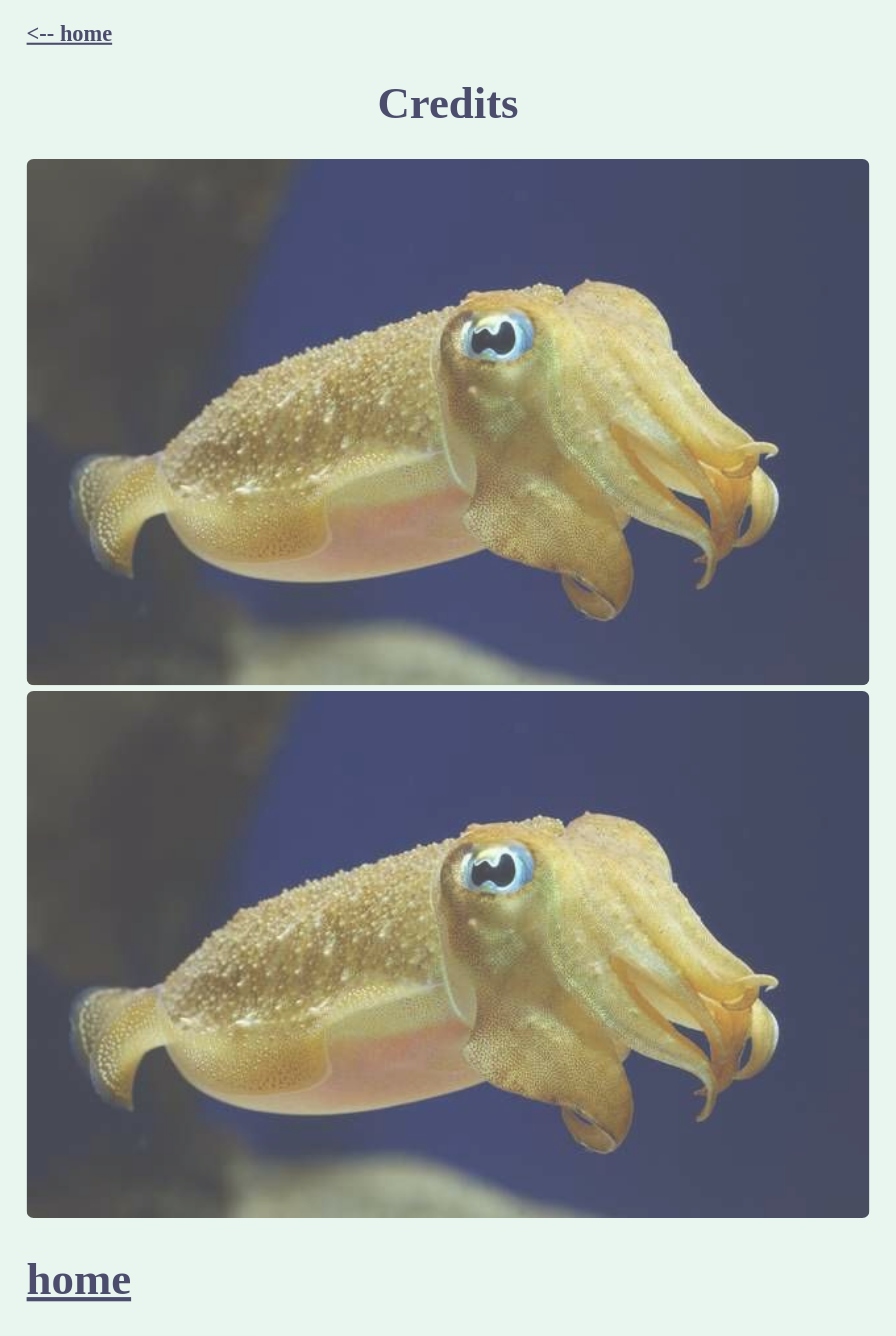
Repository: neomort/comm-lab-vid-site
Page: links.html
These files come from the project's save history. The page is drawn as it stood at one moment and after the next save; the edit follows.
The browser window is 1280 px wide. The pictures show the whole page, at 70% of full size.

Above is the page before, as saved 2021-09-23 16:01:29.

### links.html
<!DOCTYPE html>

<head>
<title>Watch the movie</title>
<link rel="icon" href="images/chicken.png"/>
<link rel="stylesheet" href="./css/styles.css" />
</head>

<body class="bg-2">
  <div >
    <div class="default-margin">

    <a class="text-dark font" href="index.html"><h1><-- home</h1></a>
  </div>
  <div >
    <h1 class="header-text text-dark font">Credits<h1>
    <div class="default-margin">
      <div class="row">
        <a class="bar" href="watch.html">
         <div class="container bar">
          <img class="image-1" src="images/cuddle.jpg" />
          <H1 class="font centered-text text-light show">Creators</H1>

        </div>
      </a>
      </div>
      <div class="row">
      <a class="bar" href="links.html">
        <div class="container">
          <img class="image-1" src="images/cuddle.jpg" />
          <H1 class="font centered-text text-light show">Other links</H1>
        </div>
      </a>
      </div>
    <a class="text-dark font" href="index.html"><h1>home</h1></a>
  </div>
  </div>
  </div>

</body>

### css/styles.css
/* background colors */
/* color scheme */
.bg-1 {
  /* Yellow */
  background: #FFE194;
}

.bg-2 {
  /* Light */
  background: #E8F6EF;
}

.bg-3 {
  /* medium */
  background: #B8DFD8;
}

.bg-4 {
  /* dark */
  background: #4C4C6D;
}

.text-light {
  /* Light */
  color: #E8F6EF;
}

.text-dark {
  /* dark */
  color: #4C4C6D;
}

.font {
  font-family: Poppins;
}



/* flex properties */

.row {
  display: flex;
}

.column {
  flex: 50%;
  padding: 10px;
}

.column-2 {
  flex: 50%;
  padding: 10px;
  align-content: end;
}

.default-margin{
  margin: 30px;

}

/* fancy container button */

.container {
  position: relative;
  text-align: center;
  opacity: 70%;
  transition: 0.3s;
}

.container img{
  border-radius: 10px;
  width: 100%;
  opacity: 100%;
  transition: 0.3s;
}

.container:hover {
  position: relative;
  text-align: center;
  opacity: 100%;
  transition: 0.3s;
}

.container:hover .show{
  opacity: 1;
}

.show {
  opacity: 0;
  transition: 0.3s;
}

/* iframe box */

.frame {
  padding-top: 56.25%;
  position:relative;
}

.bar {
  width: 100%;
}

.header-text {
  font-size: 4em;
  position: relative;
  text-align: center;

}

.bottom {
  vertical-align: sub;
}


/* .drop-container{
  object-fit: cover;
  position: relative;
  text-align: center;
  opacity: 70%;
  transition: 0.3s;
}

.image-2{
  object-fit: cover;
  border-radius: 10px;
  width: 1000px;
  opacity: 100%;

  transition: 0.3s;
}

.drop-container:hover .image-2{
  object-fit: cover;
  border-radius: 10px;
  width: 100%;
  opacity: 100%;
  height: 300px;
  transition: 0.3s;
} */







.centered-text {
  position: absolute;
  top: 10%;
  left: 50%;
  transform: translate(-50%, -50%);
}

.mirror {
  transform: scaleX(-1);
}

.centered-animation {
  position: absolute;
  top: 50%;
  left: 50%;
  transform: translate(-50%, -10%);
}

#Connectline1_lottie_container {
  width: 100%;
}

#Connectline1_lottie_container svg {
  pointer-events: none;
}

.hidden {
  display: none;
}

.space {
  height:50em;
}

/* #fade-container {
opacity: 1;
} */

After the next save:
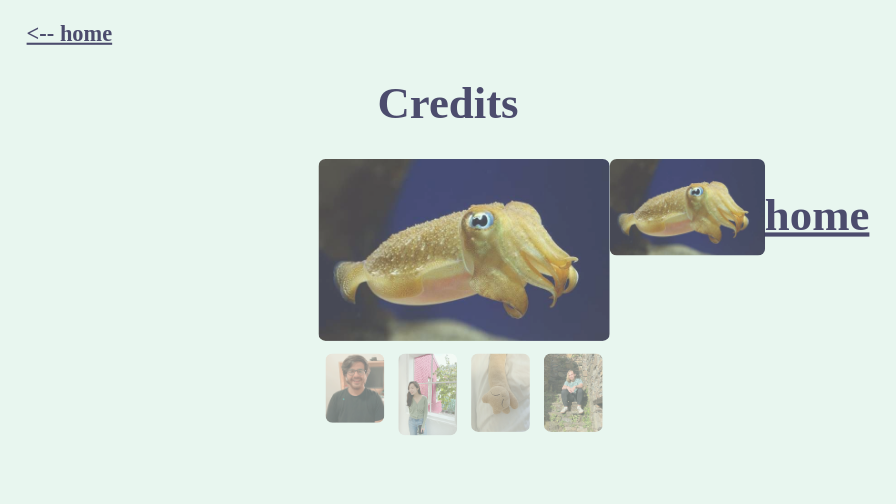
Saved 6 min 30 s later.
--- a/links.html
+++ b/links.html
@@ -20,6 +20,23 @@
          <div class="container bar">
           <img class="image-1" src="images/cuddle.jpg" />
           <H1 class="font centered-text text-light show">Creators</H1>
+          <div class="row">
+                    <div class="column container">
+                     <img class="image-1" src="images/maaz.jpeg" />
+                     <H3 class="font centered-text text-light show">Maaz</H3>
+                    </div>
+                    <div class="column container">
+                      <img class="image-1" src="images/geongin.jpeg" />
+                      <H3 class="font centered-text text-light show">geongin</H3>
+                     </div>
+                     <div class="column container">
+                      <img class="image-1" src="images/cat.jpeg" />
+                      <H3 class="font centered-text text-light show">cat</H3>
+                     </div>
+                     <div class="column container">
+                       <img class="image-1" src="images/kyle.jpeg" />
+                       <H3 class="font centered-text text-light show">Kyle/H3>
+                      </div>
 
         </div>
       </a>
